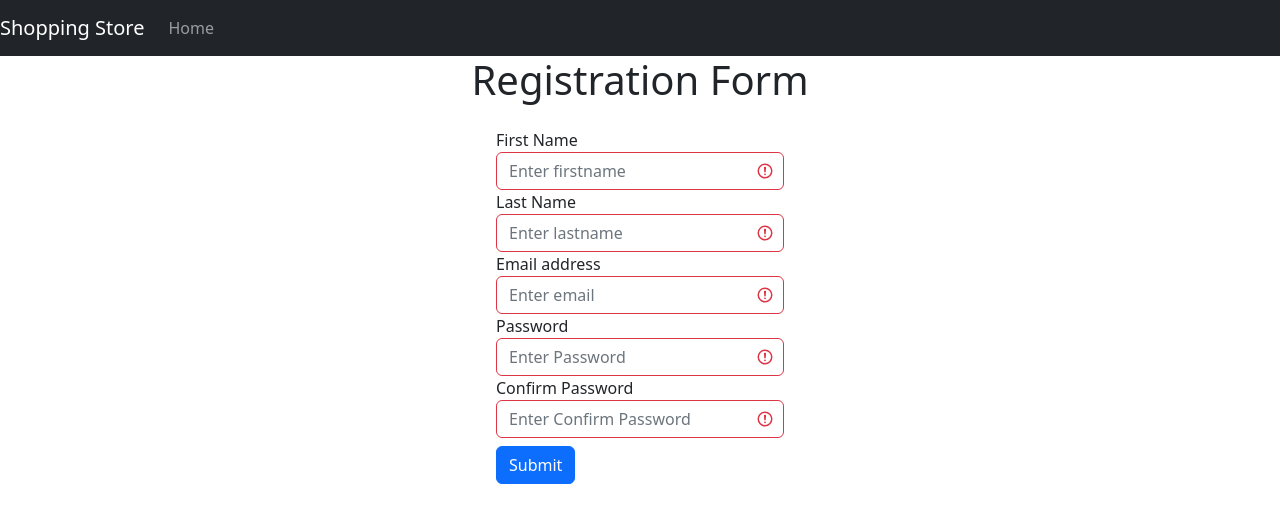
Repository: mayank-gupta0/nagarroproject
Page: http://localhost/SpringMvcServiceLayer/WEB-INF/jsp/register.jsp
The author's editor kept a copy of each file at every save. The page is drawn from the files as they stood at one save, then again after the next save.
The browser window is 1280 px wide. The pictures show the whole page.
The page is served by Tomcat 9. Nobody is signed in. Other server files are loaded and not shown. The template is opened directly, without the code that normally fills it, so the values that code supplies are empty.

Above is the page before, as saved 2022-08-22 12:29:19.

### springmvcworkspace/SpringMvcServiceLayer/src/main/webapp/WEB-INF/jsp/register.jsp
<%@ page language="java" contentType="text/html; charset=ISO-8859-1"
	pageEncoding="ISO-8859-1"%>
<!DOCTYPE html>
<html>
<head>
<meta charset="ISO-8859-1">
<link
	href="https://cdn.jsdelivr.net/npm/bootstrap@5.2.0/dist/css/bootstrap.min.css"
	rel="stylesheet"
	integrity="sha384-gH2yIJqKdNHPEq0n4Mqa/HGKIhSkIHeL5AyhkYV8i59U5AR6csBvApHHNl/vI1Bx"
	crossorigin="anonymous">
<title>Registration Page</title>

</head>
<body>
	<nav class="navbar navbar-expand-lg navbar-dark bg-dark">
		<a class="navbar-brand font-weight-bold" href="home">Shopping
			Store</a>
		<button class="navbar-toggler" type="button" data-toggle="collapse"
			data-target="#navbarSupportedContent"
			aria-controls="navbarSupportedContent" aria-expanded="false"
			aria-label="Toggle navigation">
			<span class="navbar-toggler-icon"></span>
		</button>

		<div class="collapse navbar-collapse" id="navbarSupportedContent">
			<ul class="navbar-nav mr-auto">
				<li class="nav-item"><a class="nav-link" href="home">Home</a></li>

			</ul>
		</div>
	</nav>
	<h1 class="text-center">Registration Form</h1>
	<div class="container w-25 p-3">
		<form class="was-validated" id="regForm" modelAttribute="UserResponse"
			action="registerProcess" method="post">

			<div class="form-group">
				<label for="exampleInputPassword1">First Name</label> <input
					type="text" class="form-control" id="exampleInputfirstname"
					placeholder="Enter firstname" name=firstName required>

			</div>

			<div class="form-group">
				<label for="exampleInputPassword1">Last Name</label> <input
					type="text" class="form-control" id="exampleInputlastname"
					placeholder="Enter lastname" name="lastName" required>


			</div>

			<div class="form-group">
				<label for="exampleInputEmail1">Email address</label> <input
					type="email" class="form-control" id="exampleInputEmail1"
					aria-describedby="emailHelp" placeholder="Enter email" name="email"
					required>


			</div>

			<div class="form-group">
				<label for="exampleInputPassword1">Password</label> <input
					type="password" class="form-control" id="exampleInputPassword1"
					placeholder="Enter Password" name="password" required>


			</div>

			<div class="form-group">
				<label for="exampleInputPassword1">Confirm Password</label> <input
					type="password" class="form-control" id="exampleInputPassword2"
					placeholder="Enter Confirm Password" name="confirmPassword"
					required>


			</div>
			<button type="submit" class="btn btn-primary my-2">Submit</button>
		</form>
	</div>
</body>
</html>









































<%-- <%@ taglib prefix="form" uri="http://www.springframework.org/tags/form"%>

<%@ page language="java" contentType="text/html; charset=ISO-8859-1"
	pageEncoding="ISO-8859-1"%>
<html>
<head>
<meta http-equiv="Content-Type" content="text/html; charset=ISO-8859-1">
<title>Registration</title>
</head>
<body>
	<form:form id="regForm" modelAttribute="UserResponse"
		action="registerProcess" method="post">
		<center>
			<h2>Registration :</h2>
			<hr>
		</center>
		<table align="center">
			<tr>
				<td><form:label path="firstName">FirstName</form:label></td>
				<td><form:input path="firstName" name="firstName"
						id="firstname" /></td>
			</tr>
			<tr>
				<td><form:label path="lastName">LastName</form:label></td>
				<td><form:input path="lastName" name="lastName" id="lastname" /></td>
			</tr>
			<tr>
				<td><form:label path="email">Email</form:label></td>
				<td><form:input path="email" name="email" id="email" /></td>
			</tr>
			<tr>
				<td><form:label path="password">Password</form:label></td>
				<td><form:password path="password" name="password"
						id="password" /></td>
			</tr>

			<tr>
				<td><form:label path="confirmPassword">Confirm Password</form:label></td>
				<td><form:password path="confirmPassword"
						name="confirmpassword" id="confirmPassword" /></td>
			</tr>

			<tr>
				<td></td>
				<td><form:button id="register" name="register">Register</form:button></td>
			</tr>
			<tr></tr>
			<tr>
				<td></td>
				<td><a href="index.jsp">Home</a></td>

			</tr>

		</table>
	</form:form>

</body>
</html>
 --%>

After the next save:
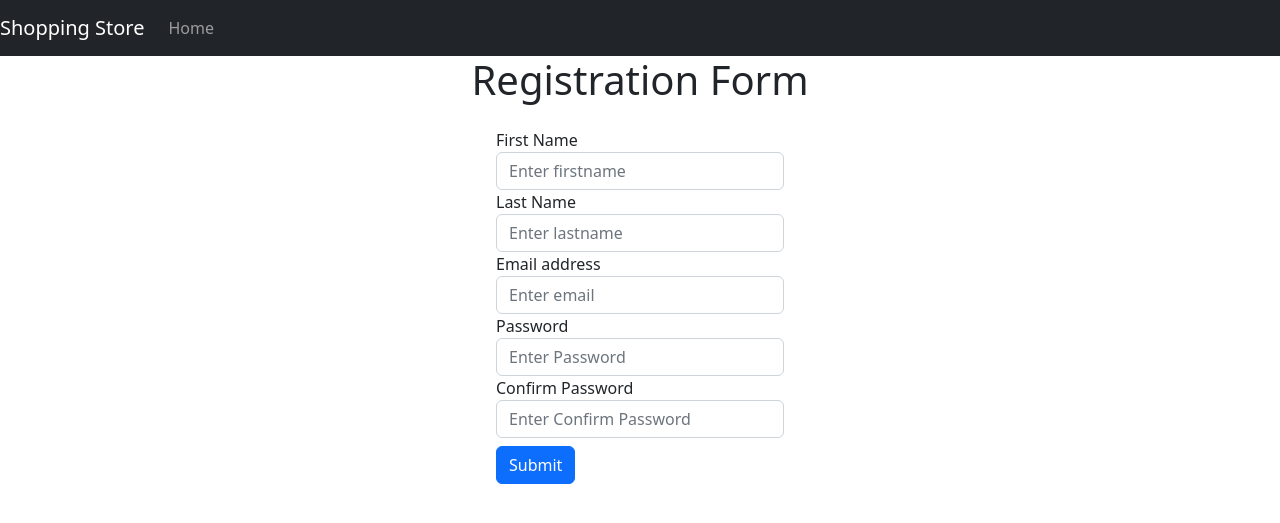
Saved 29 s later.
--- a/springmvcworkspace/SpringMvcServiceLayer/src/main/webapp/WEB-INF/jsp/register.jsp
+++ b/springmvcworkspace/SpringMvcServiceLayer/src/main/webapp/WEB-INF/jsp/register.jsp
@@ -32,7 +32,7 @@
 	</nav>
 	<h1 class="text-center">Registration Form</h1>
 	<div class="container w-25 p-3">
-		<form class="was-validated" id="regForm" modelAttribute="UserResponse"
+		<form id="regForm" modelAttribute="UserResponse"
 			action="registerProcess" method="post">
 
 			<div class="form-group">
@@ -62,7 +62,8 @@
 			<div class="form-group">
 				<label for="exampleInputPassword1">Password</label> <input
 					type="password" class="form-control" id="exampleInputPassword1"
-					placeholder="Enter Password" name="password" required>
+					placeholder="Enter Password" name="password" pattern=".{4,}"
+					required title="4 characters minimum" required>
 
 
 			</div>
@@ -71,7 +72,7 @@
 				<label for="exampleInputPassword1">Confirm Password</label> <input
 					type="password" class="form-control" id="exampleInputPassword2"
 					placeholder="Enter Confirm Password" name="confirmPassword"
-					required>
+					pattern=".{4,}" required title="4 characters minimum" required>
 
 
 			</div>
